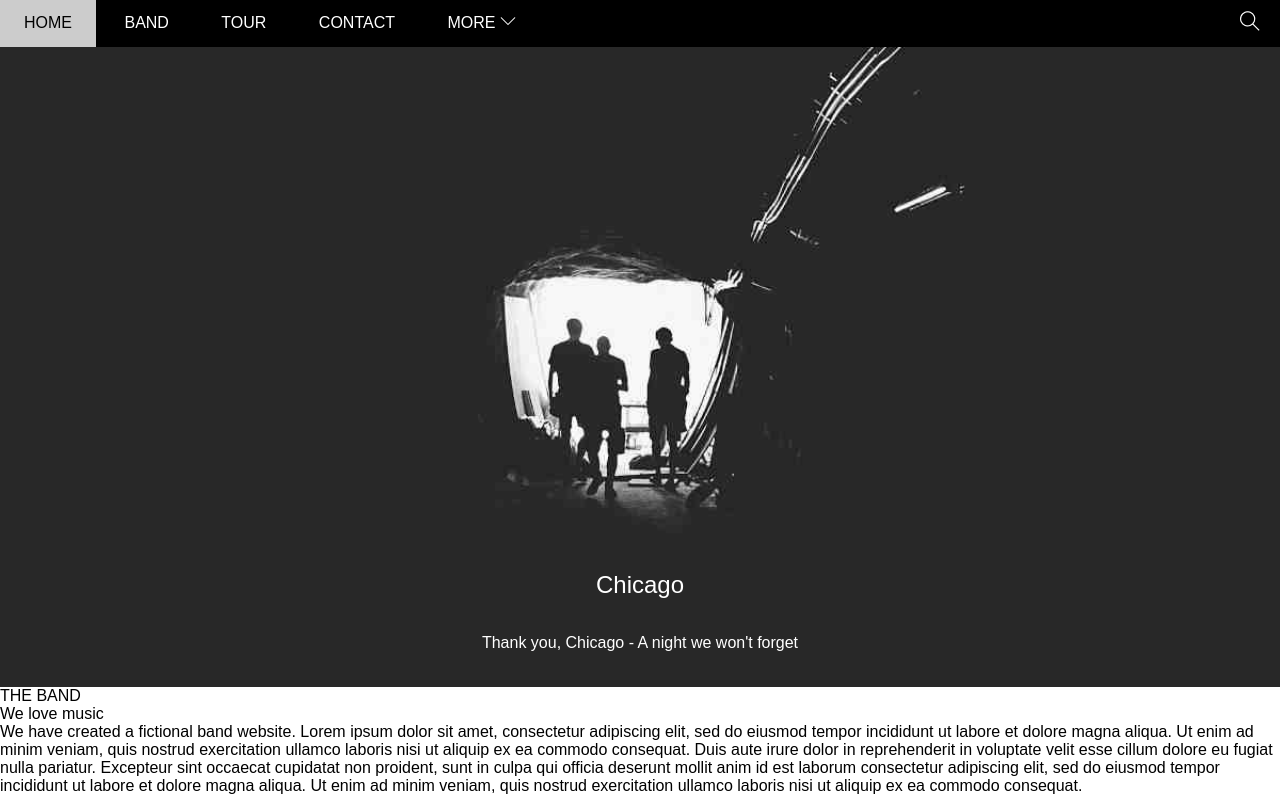
Repository: thanhsonnguyen-gif/f8-learn
Page: projectDemoTheBand/index.html
These files come from the project's save history. The page is drawn as it stood at one moment and after the next save; the edit follows.
The browser window is 1280 px wide. The pictures show the whole page.

Above is the page before, as saved 2022-06-24 17:41:04.

### projectDemoTheBand/index.html
<!DOCTYPE html>
<html lang="en">
  <head>
    <meta charset="UTF-8" />
    <meta http-equiv="X-UA-Compatible" content="IE=edge" />
    <meta name="viewport" content="width=device-width, initial-scale=1.0" />
    <title>Document</title>
    <link rel="stylesheet" href="./assets/css/style.css" />
    <link
      rel="stylesheet"
      href="./assets/fonts/themify-icons-font/themify-icons/themify-icons.css"
    />
  </head>
  <body>
    <div id="main">
      <div id="header">
        <ul id="nav">
          <li><a href="">HOME</a></li>
          <li><a href="">BAND</a></li>
          <li><a href="">TOUR</a></li>
          <li><a href="">CONTACT</a></li>
          <li>
            <a title="more" href="#">
              More
              <i class="ti-angle-down"></i>
            </a>
            <ul class="subnav">
              <li><a href="">Merchandise</a></li>
              <li><a href="">Extras</a></li>
              <li><a href="">Media</a></li>
            </ul>
          </li>
        </ul>
        <div class="search-btn">
          <i class="ti-search"></i>
        </div>
      </div>
      <div id="slide">
        <div id="textContent">
          <h1 id="city">Chicago</h1>
          <p id="decription">Thank you, Chicago - A night we won't forget</p>
        </div>
      </div>
      <div id="content">
        <div id="about-session">
          <div class="healding">THE BAND</div>
          <div class="sub-heading">We love music</div>
          <p class="text-about"
            >We have created a fictional band website. Lorem ipsum dolor sit
            amet, consectetur adipiscing elit, sed do eiusmod tempor incididunt
            ut labore et dolore magna aliqua. Ut enim ad minim veniam, quis
            nostrud exercitation ullamco laboris nisi ut aliquip ex ea commodo
            consequat. Duis aute irure dolor in reprehenderit in voluptate velit
            esse cillum dolore eu fugiat nulla pariatur. Excepteur sint occaecat
            cupidatat non proident, sunt in culpa qui officia deserunt mollit
            anim id est laborum consectetur adipiscing elit, sed do eiusmod
            tempor incididunt ut labore et dolore magna aliqua. Ut enim ad minim
            veniam, quis nostrud exercitation ullamco laboris nisi ut aliquip ex
            ea commodo consequat.</p
          >
        </div>
      </div>
      <div id="footer"> </div>
    </div>
  </body>
</html>

### projectDemoTheBand/assets/css/style.css
* {
  padding: 0;
  margin: 0;
  box-sizing: border-box;
}

#main {
  font-family: Arial, Helvetica, sans-serif;
}

#header {
  position: fixed;
  left: 0;
  right: 0;
  top: 0;
  background-color: #000;
  height: 46.5px;
  color: #fff;
  z-index: 1;
}

#nav {
  display: inline-block;
}

#nav ul {
  list-style-type: none;
}

#nav > li {
  display: inline-block;
  position: relative;
}

#nav > li > a {
  line-height: 46.5px;
  padding: 0 24px;
  text-decoration: none;
  color: #fff;
  display: block;
  text-transform: uppercase;
}

#nav > li:hover > a {
  background-color: #ccc;
  color: #000;
}

#nav > li:hover .subnav {
  display: block;
}

#nav .subnav {
  position: absolute;
  display: none;
  box-shadow: 0 0 5px rgba(0, 0, 0, 0.4);
  background-color: #fff;
  min-width: 160px;
}

#nav .subnav > li > a {
  line-height: 38.5px;
  padding: 0 16px;
  text-decoration: none;
  color: #000;
  display: block;
}

#nav .subnav > li:hover > a {
  background-color: #ccc;
}

#naw .ti-angle-down {
  font-size: 14px;
}

.search-btn {
  float: right;
  color: #fff;
  font-size: 20px;
  right: 0;
  line-height: 46px;
  padding: 0 20px;
  cursor: pointer;
}

.search-btn:hover {
  background-color: #f44336;
}

#slide {
  margin-top: 46.5px;
  padding-top: 50%;
  background: url(/projectDemoTheBand/assets/img/slide1.jpg) top center / cover
    no-repeat;
  position: relative;
}

#textContent {
  width: 100%;
  color: #fff;
  text-align: center;
  position: absolute;
  bottom: 0;
}

#city {
  font-weight: 500;
  font-size: 24px;
}

#decription {
  font-size: 16px;
  padding: 35px 0;
}

#content {
}

#footer {
}

Loaded but not shown: projectDemoTheBand/assets/fonts/themify-icons-font/themify-icons/themify-icons.css (common file)

After the next save:
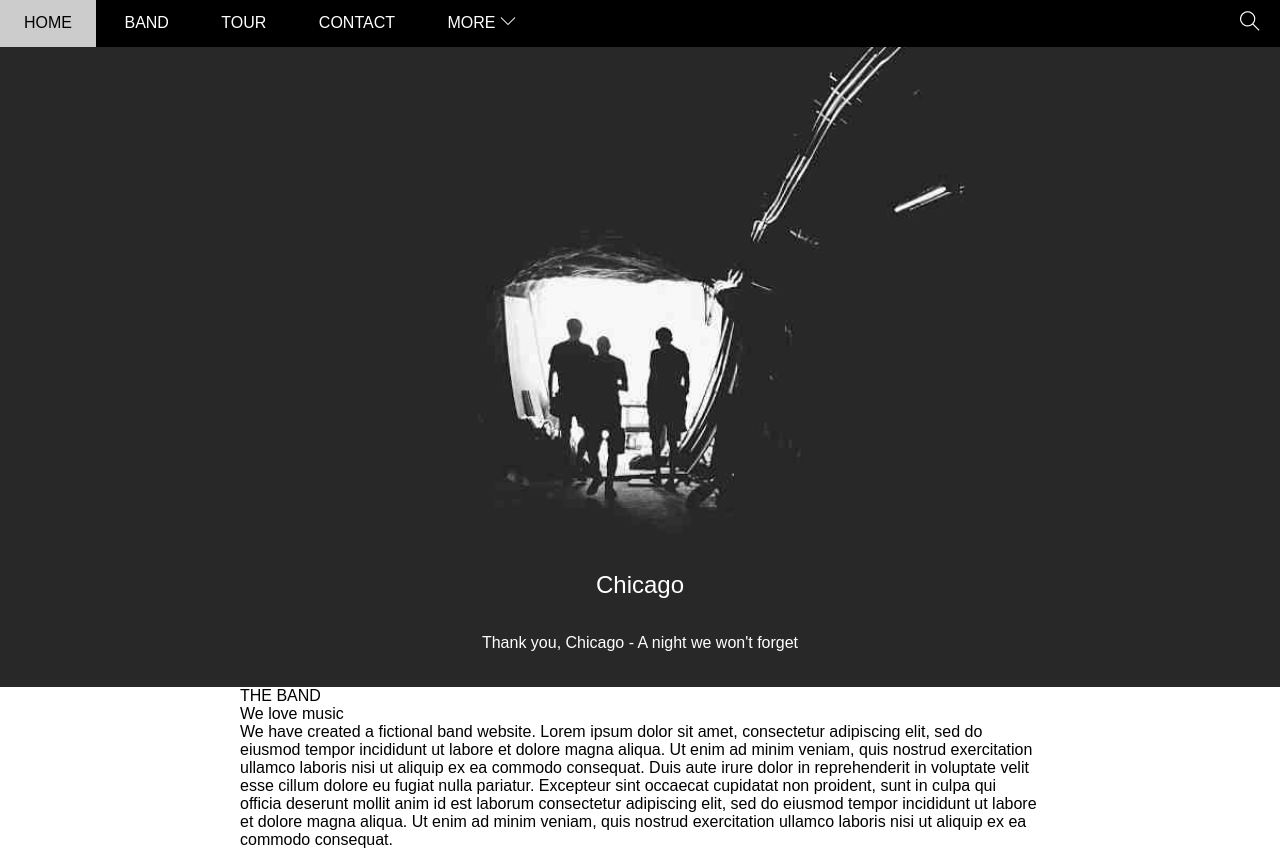
Saved 51 s later.
--- a/projectDemoTheBand/assets/css/style.css
+++ b/projectDemoTheBand/assets/css/style.css
@@ -117,5 +117,22 @@
 #content {
 }
 
+#about-session{
+width: 800px;
+margin: 0  auto;
+}
+
+.healding{
+
+}
+
+.sub-healding{
+
+}
+
+.text-about{
+
+}
+
 #footer {
 }
